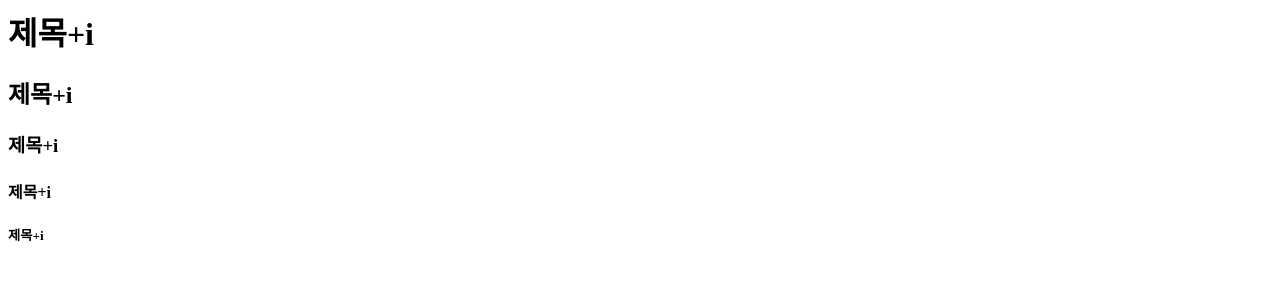
Repository: devfuturo/kosta_web
Page: http://localhost/back/response
The author's editor kept a copy of each file at every save. The page is drawn from the files as they stood at one save, then again after the next save.
The browser window is 1280 px wide. The pictures show the whole page.
The page is served by Tomcat 9. Other server files are loaded and not shown.

Above is the page before, as saved 2022-06-13 06:15:23.

### back/src/main/java/com/my/control/ResponseServlet.java
package com.my.control;

import java.io.IOException;
import java.io.PrintWriter;

import javax.servlet.ServletException;
import javax.servlet.http.HttpServlet;
import javax.servlet.http.HttpServletRequest;
import javax.servlet.http.HttpServletResponse;

/**
 * Servlet implementation class ResponseServlet
 */
public class ResponseServlet extends HttpServlet {
	private static final long serialVersionUID = 1L;

	/**
	 */
	protected void doGet(HttpServletRequest request, HttpServletResponse response) throws ServletException, IOException {
		//응답형식 설정 (이런 포맷으로 응답할거야.라는 뜻으로 가장 먼저 해야함)
		response.setContentType("text/html;charset=UTF-8");

		//응답출력스트림 얻기
		PrintWriter out = response.getWriter(); // 문자로 변환해서 출력 해 주는 메서드 printWriter

		// 응답출력스트림에 쓰기
		// System.out의 자료형은 PrintStream
		out.print("<html>");
		out.print("<body>"); // out.print로 응답할 내용 만들어냄
		for(int i=1; i<=5; i++) {
			out.print("<h"+i+">");
			out.print("제목+i");
			out.print("</h"+i+">");
		}
		out.print("</body>");
		out.print("</html>");

	}

}

After the next save:
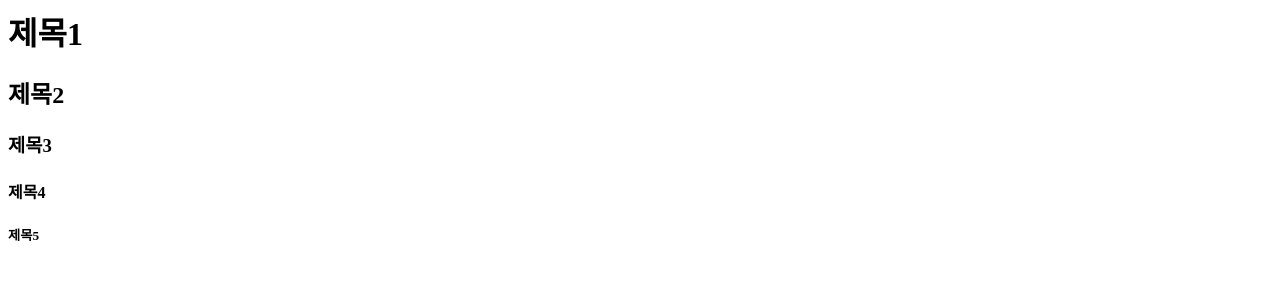
Saved 2 min 9 s later.
--- a/back/src/main/java/com/my/control/ResponseServlet.java
+++ b/back/src/main/java/com/my/control/ResponseServlet.java
@@ -28,9 +28,9 @@ public class ResponseServlet extends HttpServlet {
 		out.print("<html>");
 		out.print("<body>"); // out.print로 응답할 내용 만들어냄
 		for(int i=1; i<=5; i++) {
-			out.print("<h"+i+">");
-			out.print("제목+i");
-			out.print("</h"+i+">");
+			out.print("<h" + i +">");
+			out.print("제목" + i);
+			out.print("</h" + i + ">");
 		}
 		out.print("</body>");
 		out.print("</html>");
